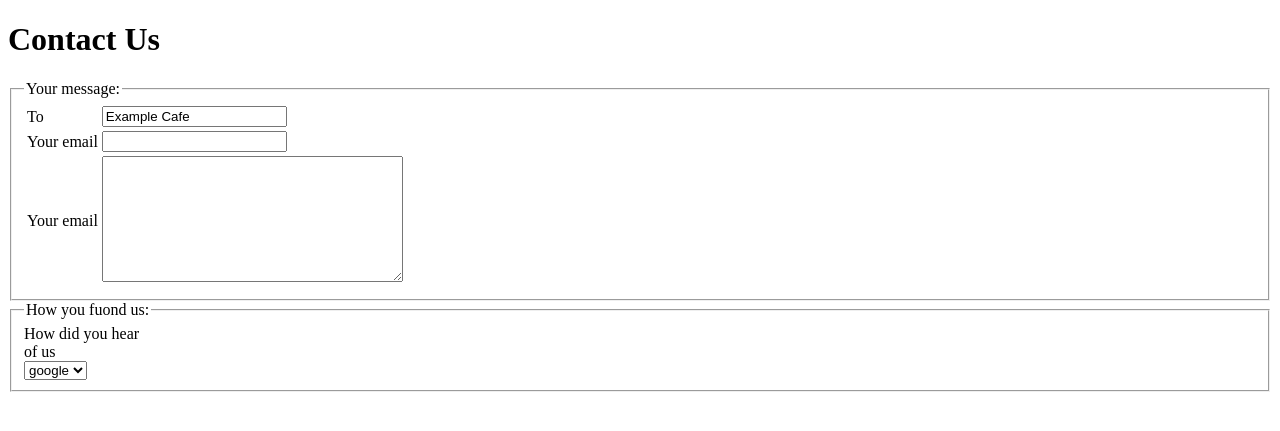
Repository: PhamChiXuan1/HTCNW_tuan3_DHCNTT16C_PhamChiXuan_20030131
Page: bt15.html
The author's editor kept a copy of each file at every save. The page is drawn from the files as they stood at one save, then again after the next save.
The browser window is 1280 px wide. The pictures show the whole page.

Above is the page before, as saved 2022-02-28 11:56:16.

After the next save:
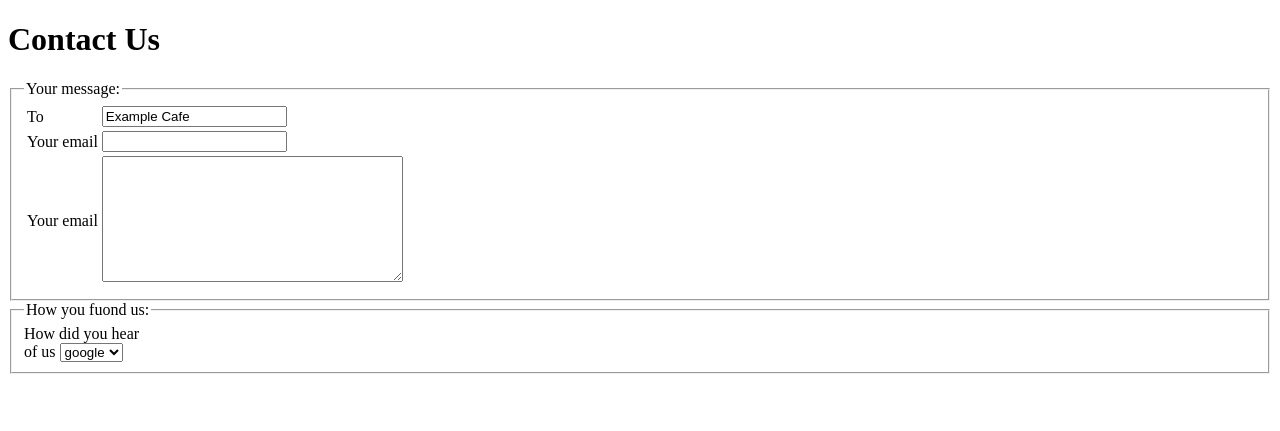
Saved 55 s later.
--- a/bt15.html
+++ b/bt15.html
@@ -28,7 +28,8 @@
     <fieldset>
         <legend>How you fuond us:</legend>
         <tr>
-            <td><table>How did you hear <br>of us</table>
+            <td
+            >How did you hear <br>of us
                 <select>
                     <option>google</option>
                 </select></td>
